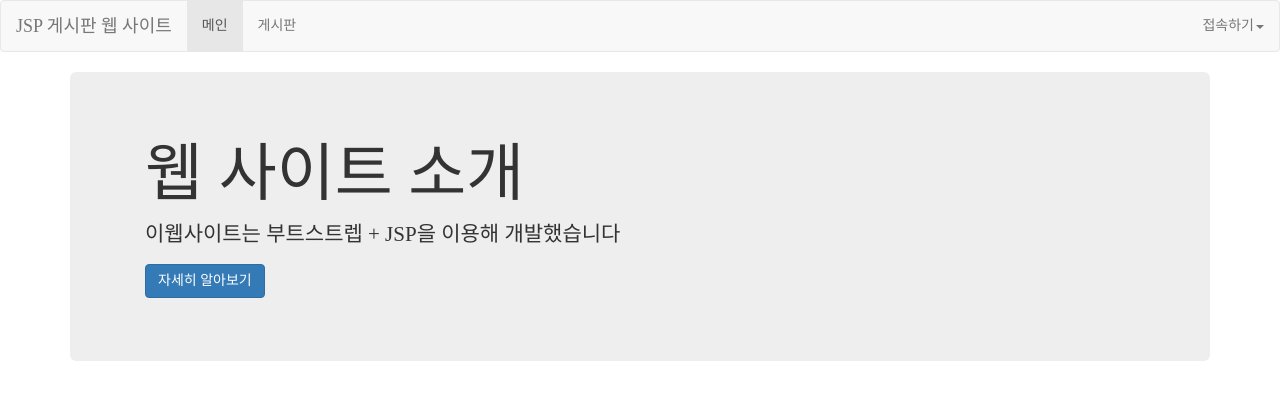
Repository: qqqkjh/JSP
Page: http://localhost/BBS/main.jsp
The author's editor kept a copy of each file at every save. The page is drawn from the files as they stood at one save, then again after the next save.
The browser window is 1280 px wide. The pictures show the whole page.
Some web fonts or font styles are not loaded; a fallback is used. Some web libraries are served in a nearby version. The page is served by Tomcat 9. Other server files are loaded and not shown.

Above is the page before, as saved 2020-01-11 11:07:39.

### projects/BBS/WebContent/main.jsp
<%@ page language="java" contentType="text/html; charset=UTF-8"
    pageEncoding="UTF-8"%>
<%@ page import="java.io.PrintWriter" %>
<!DOCTYPE html>
<html>
<head>
<meta charset="UTF-8">
<mate name = 'viewprot' content ="width=device=width", initial-scale="1">
<link rel = "stylesheet" href="css/bootstrap.css">
<link rel = "stylesheet" href="css/custom.css">
<title>JSP 웹사이트</title>
</head>
<body>
	<%
		String userID = null;
		if(session.getAttribute("userID")!=null){
			userID = (String) session.getAttribute("userID");
		}
	%>
	<nav class="navbar navbar-default">
		<div class="navbar-header">
			<button type="button" class="navbar-toggle collapsed"
			data-toggle="collapse" data-target="#bs-example-navbar-collapse-1"
			aria-expanded="false">
			<span class="icon-bar"></span> <!-- 네이게이션옆의 네모난버튼의 줄을의미 이경우 3줄-->
			<span class="icon-bar"></span>
			<span class="icon-bar"></span>
			</button>
			<a class="navbar-brand" href="main.jsp">JSP 게시판 웹 사이트</a>
		</div>
		<div class= "collapse navbar-collapse" id ="bs-example-navbar-collapse-1">
			<ul class="nav navbar-nav">
				<li class = 'active'><a href="main.jsp">메인</a></li>
				<li><a href="bbs.jsp">게시판</a></li>
			</ul>
			<%
			if(userID == null){

			%>
			<ul class ="nav navbar-nav navbar-right">
				<li class="dropdown">
				<a href="#" class ="dropdown=toggle"
				data-toggle="dropdown" role="button" aria-haspopup="true"
				aria-expanded="false">접속하기<span class="caret"></span></a>
				<ul class = "dropdown-menu">
					<li><a href="login.jsp">로그인</a></li>
					<li><a href="join.jsp">회원가입</a></li>
				</ul>
				</li>
			</ul>
			<%
				} else{
			%>
			<ul class ="nav navbar-nav navbar-right">
				<li class="dropdown">
				<a href="#" class ="dropdown=toggle"
				data-toggle="dropdown" role="button" aria-haspopup="true"
				aria-expanded="false">회원관리<span class="caret"></span></a>
				<ul class = "dropdown-menu">
					<li><a href="loginoutAction.jsp">로그아웃</a></li>

				</ul>
				</li>
			</ul>
			<%
				}
			%>

		</div>
	</nav>
	<div class ="container">
		<div class = "jumbotron">
			<div class ="container">
				<h1>웹 사이트 소개</h1>
				<p> 이웹사이트는 부트스트렙 + JSP을 이용해 개발했습니다</p>
				<p><a class = "btn btn-primary btn-pull" href="#" role="button">자세히 알아보기</a></p>
			</div>
		</div>
	</div>

	<script src = "https://code.jquery.com/jquery-3.1.1.min.js"></script>
	<script src = "js/bootstrap.js"></script>
</body>
</html>

### projects/BBS/WebContent/css/custom.css
@import url(http://fonts.googleapis.com/earlyaccess/nanumgothic.css);
@import url(http://fonts.googleapis.com/earlyaccess/hanna.css);
*{
	font-family : "Nanum Gothic"
}
h1 {
	font-family : "Hanna";
}

Loaded but not shown: projects/BBS/WebContent/css/bootstrap.css (library); projects/BBS/WebContent/js/bootstrap.js (library)

After the next save:
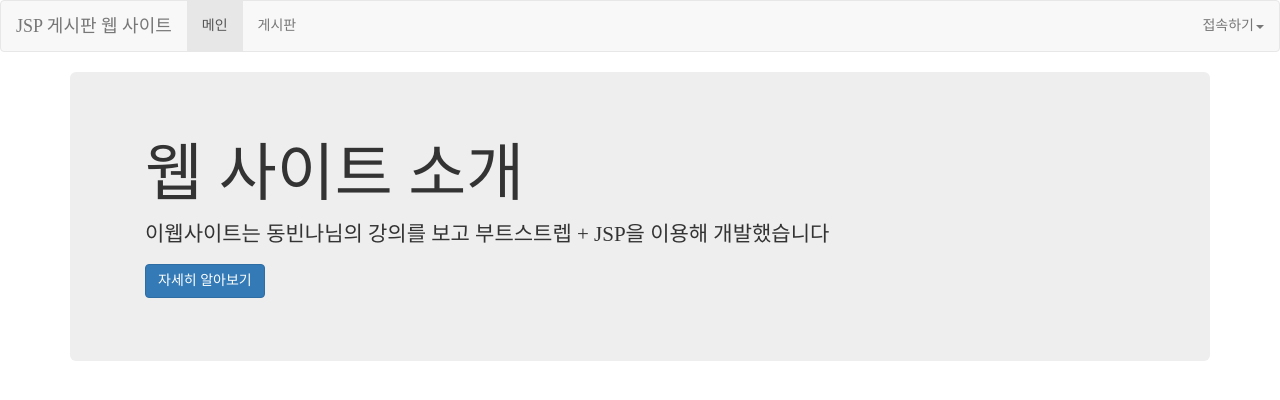
Saved 100 s later.
--- a/projects/BBS/WebContent/main.jsp
+++ b/projects/BBS/WebContent/main.jsp
@@ -72,8 +72,8 @@
 		<div class = "jumbotron">
 			<div class ="container">
 				<h1>웹 사이트 소개</h1>
-				<p> 이웹사이트는 부트스트렙 + JSP을 이용해 개발했습니다</p>
-				<p><a class = "btn btn-primary btn-pull" href="#" role="button">자세히 알아보기</a></p>
+				<p> 이웹사이트는 동빈나님의 강의를 보고 부트스트렙 + JSP을 이용해 개발했습니다</p>
+				<p><a class = "btn btn-primary btn-pull" href="https://www.youtube.com/watch?v=sFqx8zbPjEE&list=PLRx0vPvlEmdAZv_okJzox5wj2gG_fNh_6&index=14" role="button">자세히 알아보기</a></p>
 			</div>
 		</div>
 	</div>
